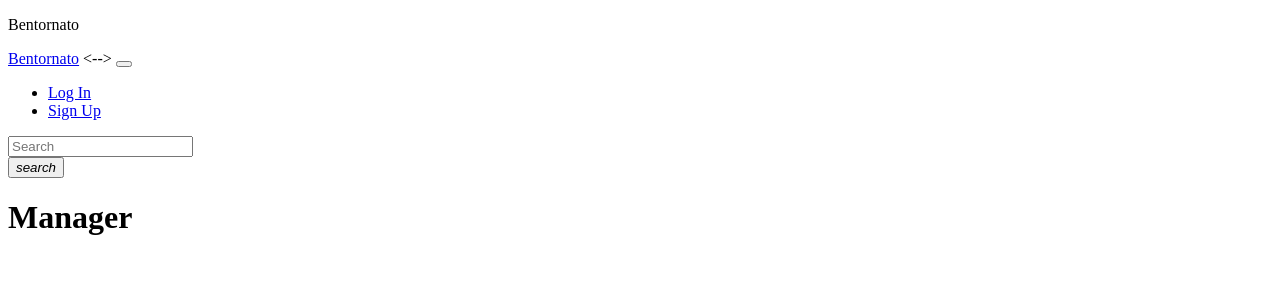
Repository: giovannispaziani/progetto_agile
Page: http://localhost/manager
An editor plug-in stored every save of this project. The page is shown before and after a run of saves, followed by the edit.
The browser window is 1280 px wide. The pictures show the whole page.
The page is served by the project's Laravel application, run on PHP 8.4 with Laravel 8. Other server files are loaded and not shown.

Above is the page before, as saved 2022-05-21 18:42:59.

### routes/web.php
<?php

use Illuminate\Support\Facades\Route;

/*
|--------------------------------------------------------------------------
| Web Routes
|--------------------------------------------------------------------------
|
| Here is where you can register web routes for your application. These
| routes are loaded by the RouteServiceProvider within a group which
| contains the "web" middleware group. Now create something great!
|
*/

Route::get('/', function () {
    return view('home');
});

Auth::routes();

Route::get('/home', [App\Http\Controllers\HomeController::class, 'index'])->name('home');

Auth::routes();

Route::get('/home', [App\Http\Controllers\HomeController::class, 'index'])->name('home');

Route::get('/manager', [App\Http\Controllers\ManagerController::class, 'index'])->name('manager');

### app/Http/Controllers/ManagerController.php
<?php

namespace App\Http\Controllers;

use Illuminate\Http\Request;

class ManagerController extends Controller
{
    public function index()
    {
        return view('manager.index');
    }
}

### resources/views/manager/index.blade.php
<!DOCTYPE html>
<html>
<head>
	<meta charset="utf-8">
	<title>Manager Dashboard</title>
</head>
<nav class="navbar navbar-expand-lg bg-primary">
    <div class="container">
        <p>Bentornato</p>
      <!--> <a class="navbar-brand" href="#">Bentornato</a> <-->
      <button class="navbar-toggler" type="button" data-toggle="collapse" data-target="#navbarTogglerDemo02" aria-controls="navbarTogglerDemo02" aria-expanded="false" aria-label="Toggle navigation">
      <span class="navbar-toggler-bar navbar-kebab"></span>
      <span class="navbar-toggler-bar navbar-kebab"></span>
      <span class="navbar-toggler-bar navbar-kebab"></span>
      </button>

      <div class="collapse navbar-collapse" id="navbarTogglerDemo02">
        <ul class="navbar-nav mr-auto mt-2 mt-lg-0">
          <li class="nav-item active">
            <a class="nav-link" href="login">Log In</a>
          </li>
          <li class="nav-item">
            <a class="nav-link disabled" href="register">Sign Up</a>
          </li>
        </ul>
        <form class="form-inline ml-auto">
            <div class="form-group no-border">
              <input type="text" class="form-control" placeholder="Search">
            </div>
            <button type="submit" class="btn btn-neutral btn-icon btn-round">
                <i class="material-icons">search</i>
            </button>
        </form>
      </div>
    </div>
  </nav>

<body>
	<h1>Manager</h1>
</body>

</html>

Loaded but not shown: app/Http/Controllers/Auth/ConfirmPasswordController.php (common file); app/Http/Controllers/Controller.php (common file)

After the next 3 saves:
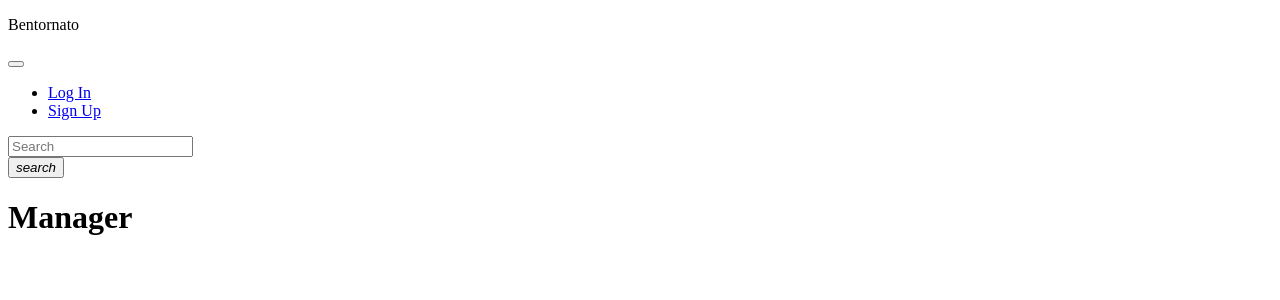
The 3 saves are shown as one change because they came seconds apart.
The last was saved 16 s later.
--- a/resources/views/manager/index.blade.php
+++ b/resources/views/manager/index.blade.php
@@ -7,7 +7,7 @@
 <nav class="navbar navbar-expand-lg bg-primary">
     <div class="container">
         <p>Bentornato</p>
-      <!--> <a class="navbar-brand" href="#">Bentornato</a> <-->
+      <!-- <a class="navbar-brand" href="#">Bentornato</a><-->
       <button class="navbar-toggler" type="button" data-toggle="collapse" data-target="#navbarTogglerDemo02" aria-controls="navbarTogglerDemo02" aria-expanded="false" aria-label="Toggle navigation">
       <span class="navbar-toggler-bar navbar-kebab"></span>
       <span class="navbar-toggler-bar navbar-kebab"></span>
